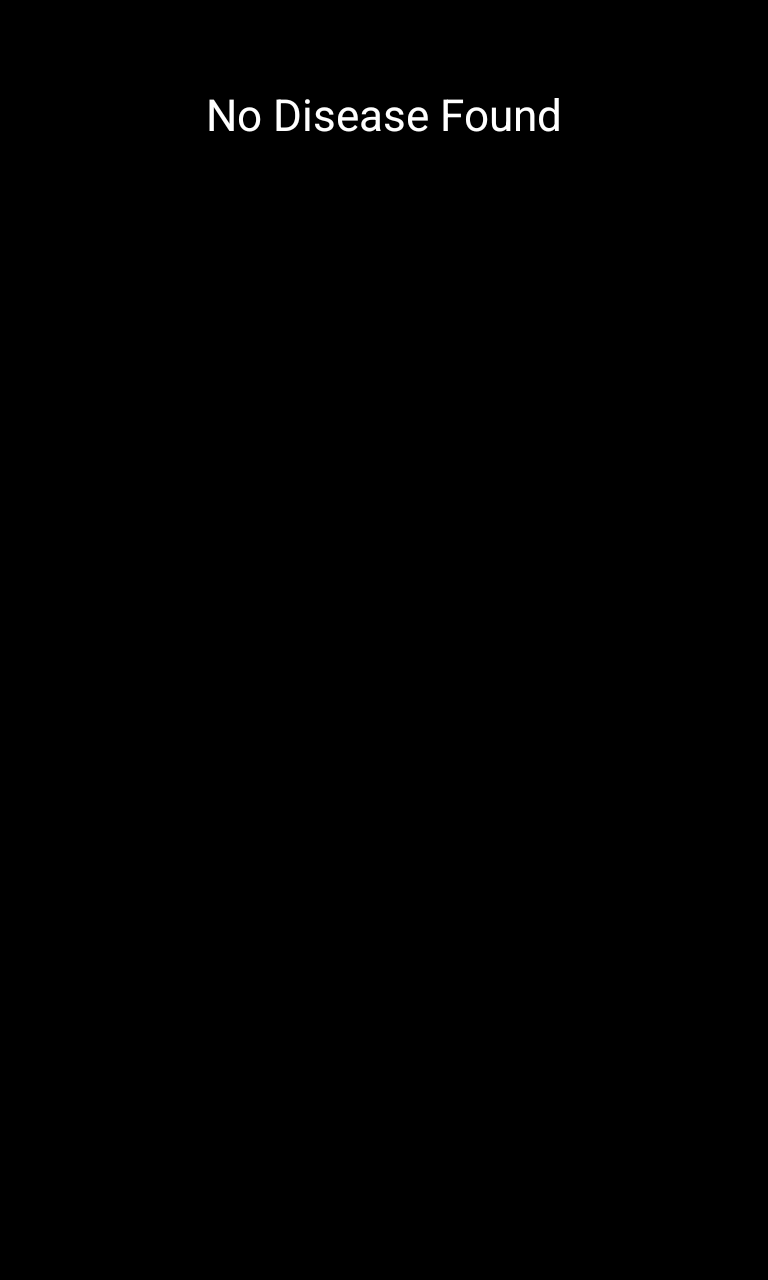
Repository: cephas-digital/phytosenseit
Layout: Eclipse Project /phyto_sense_it/res/layout/noresults.xml
The author's editor kept a copy of each file at every save. The layout is drawn from the files as they stood at one save, then again after the next save.
It is drawn on a 768 x 1280 px phone screen (xhdpi) without system bars, with theme android:Theme.NoTitleBar.Fullscreen; the app's code is not run.

Above is the layout before, as saved 2015-07-27 21:09:49.

After the next save:
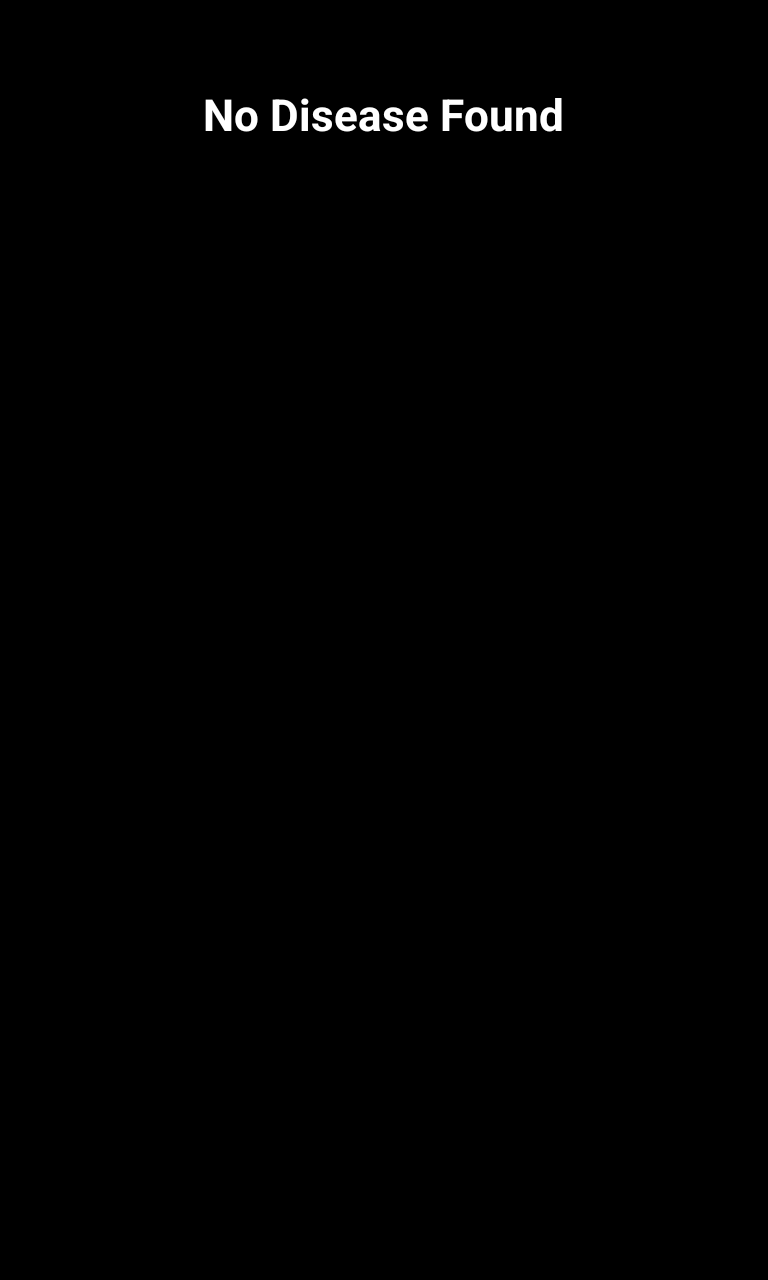
Saved 12 s later.
--- a/Eclipse Project /phyto_sense_it/res/layout/noresults.xml
+++ b/Eclipse Project /phyto_sense_it/res/layout/noresults.xml
@@ -12,7 +12,7 @@
         android:layout_centerHorizontal="true"
         android:layout_marginTop="42dp"
         android:text="No Disease Found"
-        android:textstyle="bold"
+        android:textStyle="bold"
         android:textAppearance="?android:attr/textAppearanceLarge" />
 
 </RelativeLayout>
